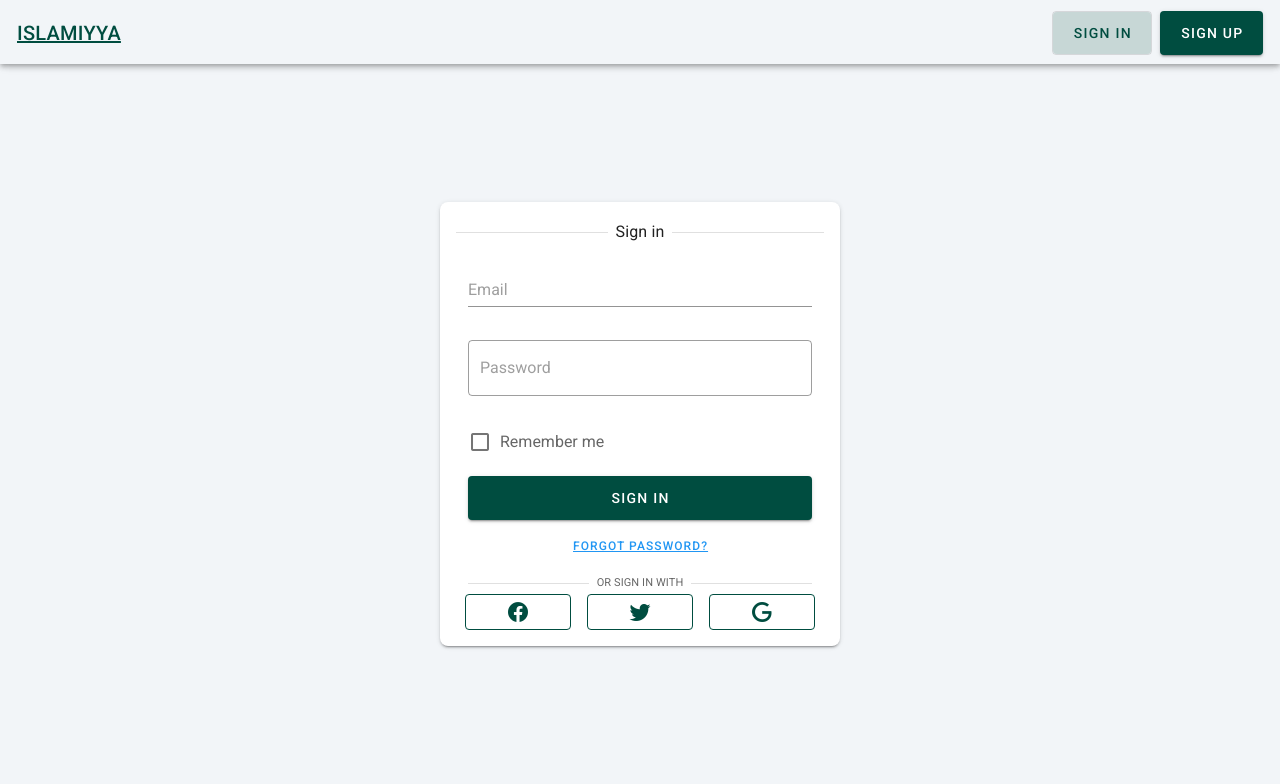
Repository: umarrg/islamiyya
Page: /about
An editor plug-in stored every save of this project. The page is shown before and after the next save, followed by the edit.
The browser window is 1280 px wide. The pictures show the whole page.
The project was rebuilt for these pictures with package versions that can differ from the ones it lists, and the page was loaded fresh each time. Also part of the build but not shown: vue.config.js, src/components/Navbar.vue, src/views/Home.vue. Imported but missing from the stored project, and not drawn on this page: src/views/Hadith.vue.

Above is the page before, as saved 2021-07-02 14:34:04.

After the next save:
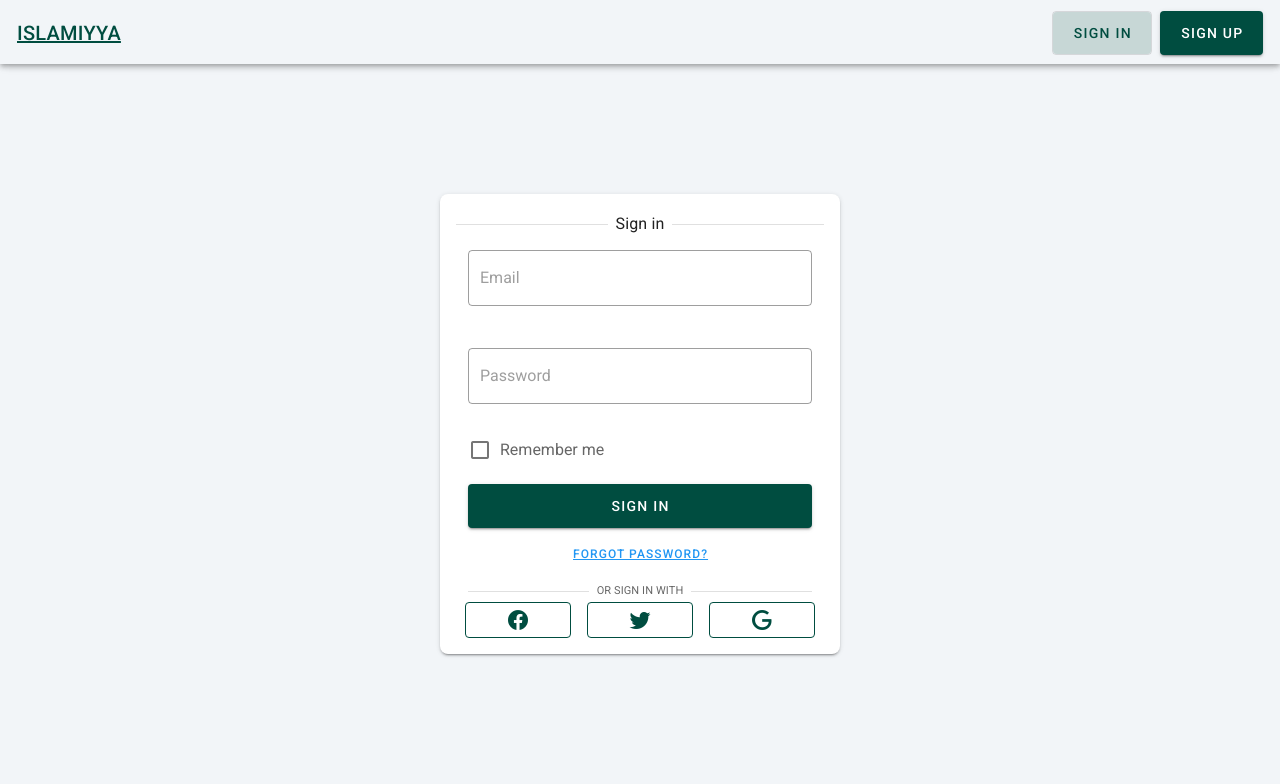
Saved 22 s later.
--- a/src/views/Login.vue
+++ b/src/views/Login.vue
@@ -18,7 +18,7 @@
                  <v-form  @submit.prevent ref="form">
                 <v-col cols="12" md="12">
                   <v-text-field
-
+                    outlined
                     placeholder="Email"
                     v-model="email"
                   ></v-text-field>
